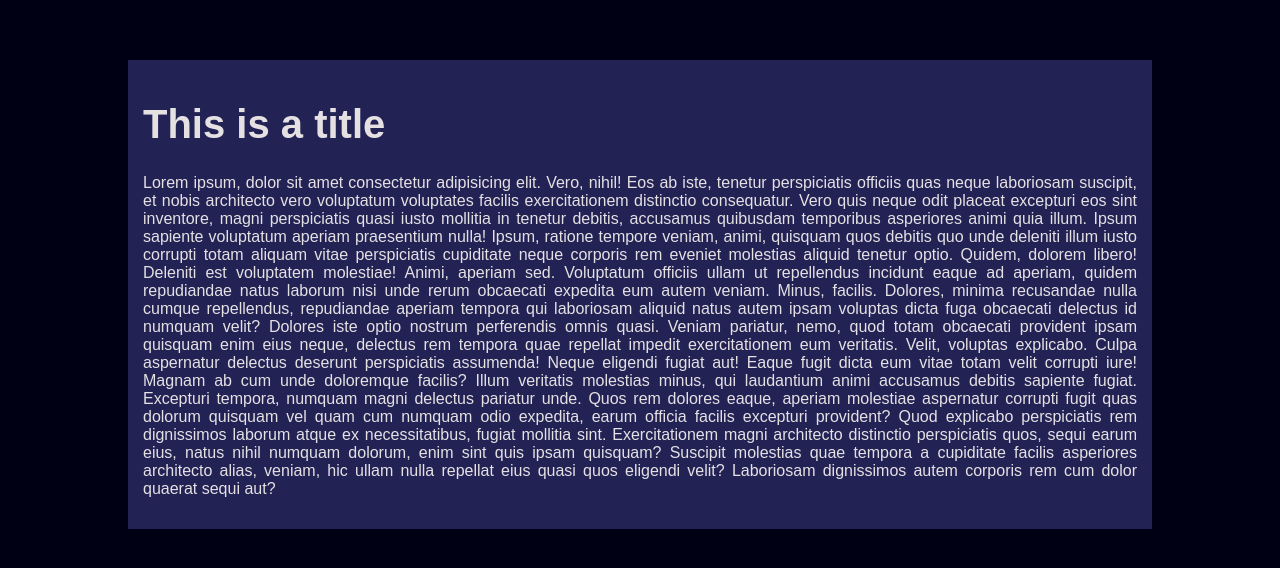
Repository: Francois-QUICODE/CSS-Micro-Projects
Page: Projects/01-Infinite-Gradient-Text.html
These files come from the project's save history. The page is drawn as it stood at one moment and after the next save; the edit follows.
The browser window is 1280 px wide. The pictures show the whole page.
Some web fonts or font styles are not loaded; a fallback is used.

Above is the page before, as saved 2020-11-28 10:44:49.

### Projects/01-Infinite-Gradient-Text.html
<!DOCTYPE html>
<html lang="en">
  <head>
    <meta charset="UTF-8" />
    <title>Infinite Gradiant text</title>
  </head>
  <body>
    <div class="container">
      <div class="text">
        <h1>This is a title</h1>
        <p class="lorem">
          Lorem ipsum, dolor sit amet consectetur adipisicing elit. Vero, nihil!
          Eos ab iste, tenetur perspiciatis officiis quas neque laboriosam
          suscipit, et nobis architecto vero voluptatum voluptates facilis
          exercitationem distinctio consequatur. Vero quis neque odit placeat
          excepturi eos sint inventore, magni perspiciatis quasi iusto mollitia
          in tenetur debitis, accusamus quibusdam temporibus asperiores animi
          quia illum. Ipsum sapiente voluptatum aperiam praesentium nulla!
          Ipsum, ratione tempore veniam, animi, quisquam quos debitis quo unde
          deleniti illum iusto corrupti totam aliquam vitae perspiciatis
          cupiditate neque corporis rem eveniet molestias aliquid tenetur optio.
          Quidem, dolorem libero! Deleniti est voluptatem molestiae! Animi,
          aperiam sed. Voluptatum officiis ullam ut repellendus incidunt eaque
          ad aperiam, quidem repudiandae natus laborum nisi unde rerum obcaecati
          expedita eum autem veniam. Minus, facilis. Dolores, minima recusandae
          nulla cumque repellendus, repudiandae aperiam tempora qui laboriosam
          aliquid natus autem ipsam voluptas dicta fuga obcaecati delectus id
          numquam velit? Dolores iste optio nostrum perferendis omnis quasi.
          Veniam pariatur, nemo, quod totam obcaecati provident ipsam quisquam
          enim eius neque, delectus rem tempora quae repellat impedit
          exercitationem eum veritatis. Velit, voluptas explicabo. Culpa
          aspernatur delectus deserunt perspiciatis assumenda! Neque eligendi
          fugiat aut! Eaque fugit dicta eum vitae totam velit corrupti iure!
          Magnam ab cum unde doloremque facilis? Illum veritatis molestias
          minus, qui laudantium animi accusamus debitis sapiente fugiat.
          Excepturi tempora, numquam magni delectus pariatur unde. Quos rem
          dolores eaque, aperiam molestiae aspernatur corrupti fugit quas
          dolorum quisquam vel quam cum numquam odio expedita, earum officia
          facilis excepturi provident? Quod explicabo perspiciatis rem
          dignissimos laborum atque ex necessitatibus, fugiat mollitia sint.
          Exercitationem magni architecto distinctio perspiciatis quos, sequi
          earum eius, natus nihil numquam dolorum, enim sint quis ipsam
          quisquam? Suscipit molestias quae tempora a cupiditate facilis
          asperiores architecto alias, veniam, hic ullam nulla repellat eius
          quasi quos eligendi velit? Laboriosam dignissimos autem corporis rem
          cum dolor quaerat sequi aut?
        </p>
      </div>
    </div>
  </body>

  <style>
    @import url("https://fonts.googleapis.com/css2?family=Alatsi&display=swap");

    body {
      background-color: #000014;
      width: 1024px;
      margin: auto;
      color: #e5e1e1;
      padding-top: 60px;
      font-family: "Alatsi", sans-serif;
    }

    .container {
      background-color: #222247;
      padding: 15px;
      mix-blend-mode: screen;
      display: flex;
    }

    h1 {
      font-size: 40px;
    }

    .lorem {
      text-align: justify;
    }
  </style>
</html>

After the next save:
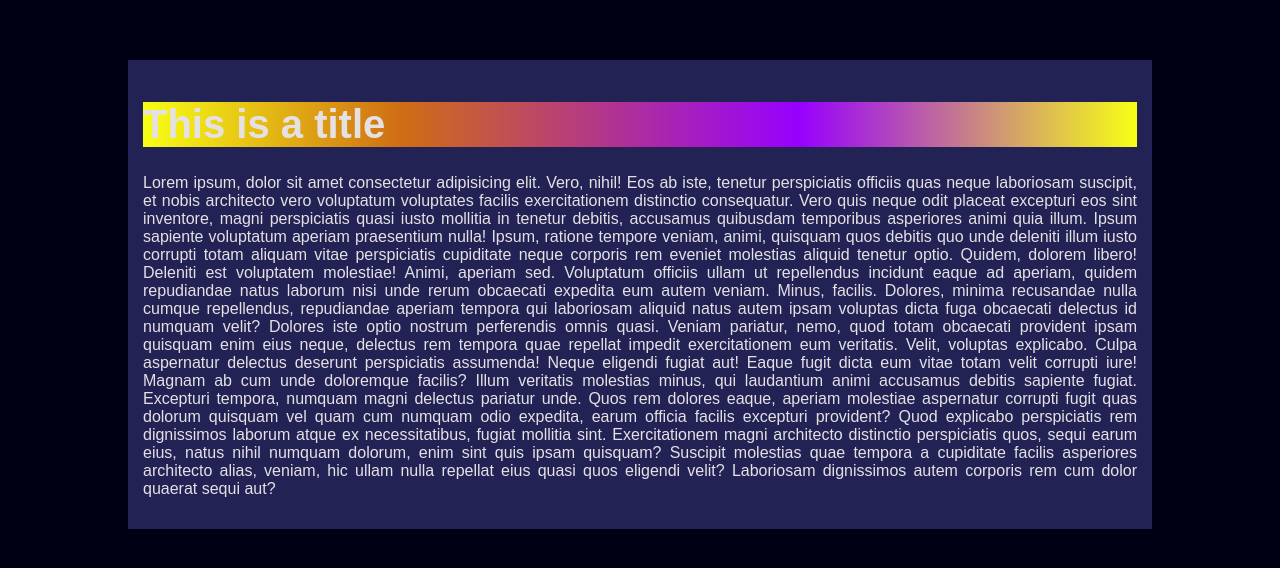
Saved 3 min 27 s later.
--- a/Projects/01-Infinite-Gradient-Text.html
+++ b/Projects/01-Infinite-Gradient-Text.html
@@ -70,6 +70,13 @@
 
     h1 {
       font-size: 40px;
+      background: linear-gradient(
+        90deg,
+        rgba(247, 255, 0, 1) 0%,
+        rgba(207, 109, 0, 1) 26%,
+        rgba(151, 0, 255, 1) 66%,
+        rgba(247, 255, 0, 1) 100%
+      );
     }
 
     .lorem {

After the save that followed:
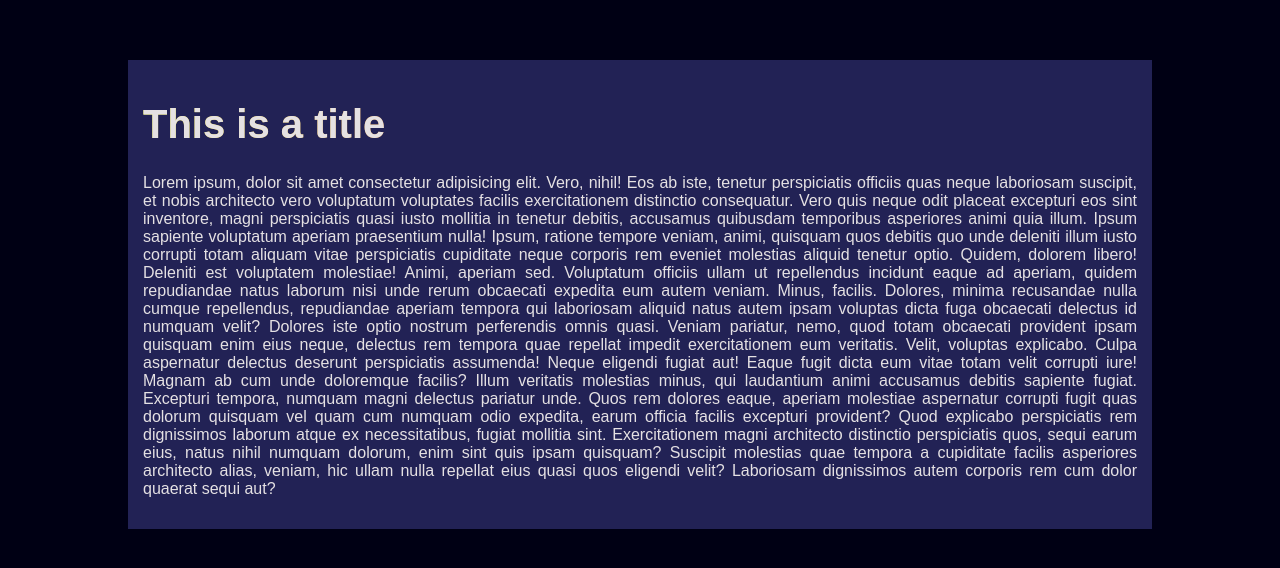
Saved 57 s later.
--- a/Projects/01-Infinite-Gradient-Text.html
+++ b/Projects/01-Infinite-Gradient-Text.html
@@ -77,6 +77,7 @@
         rgba(151, 0, 255, 1) 66%,
         rgba(247, 255, 0, 1) 100%
       );
+      background-clip: text;
     }
 
     .lorem {
